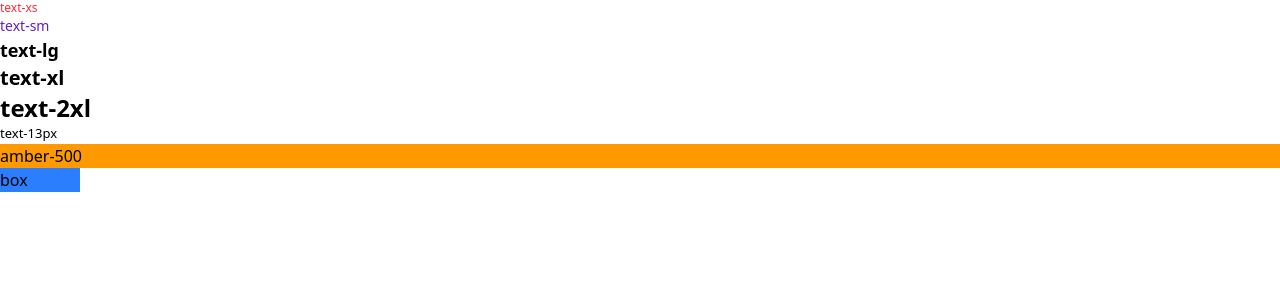
Repository: kkhhjjoo/onebite-tailwind
Page: /
An editor plug-in stored every save of this project. The page is shown before and after the next save, followed by the edit.
The browser window is 1280 px wide. The pictures show the whole page.
The project was rebuilt for these pictures with package versions that can differ from the ones it lists, and the page was loaded fresh each time. Also part of the build but not shown: vite.config.ts, src/App.css.

Above is the page before, as saved 2025-12-24 19:41:42.

### src/main.tsx
import { createRoot } from 'react-dom/client'
import './index.css'
import App from './App.tsx'

createRoot(document.getElementById('root')!).render(<App />);

### src/App.tsx
import "./App.css";

function App() {
  return (
    <div>
      {/* 1. 타이포그래프 */}
      <div className="text-xs text-red-500">text-xs</div>
      <div className="text-sm text-[rgb(100,30,200)]">text-sm</div>
      <div className="text-lg font-bold">text-lg</div>
      <div className="text-xl font-extrabold">text-xl</div>
      <div className="text-2xl font-black">text-2xl</div>
      <div className="text-[13px]">text-13px</div>

      {/* 2. 백그라운드 컬러 */}
      <div className="bg-amber-500">amber-500</div>

      {/* 3. 사이즈 */}
      <div className="w-20 bg-blue-500">box</div>
    </div>
  );
}

export default App;

Loaded but not shown: index.html (common file); src/index.css (common file)

After the next save:
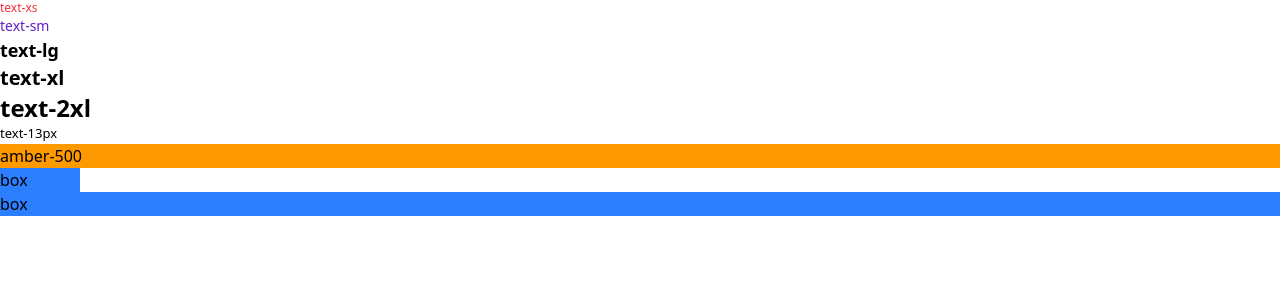
Saved 110 s later.
--- a/src/App.tsx
+++ b/src/App.tsx
@@ -16,6 +16,7 @@ function App() {
 
       {/* 3. 사이즈 */}
       <div className="w-20 bg-blue-500">box</div>
+      <div className="w-full bg-blue-500">box</div>
     </div>
   );
 }
